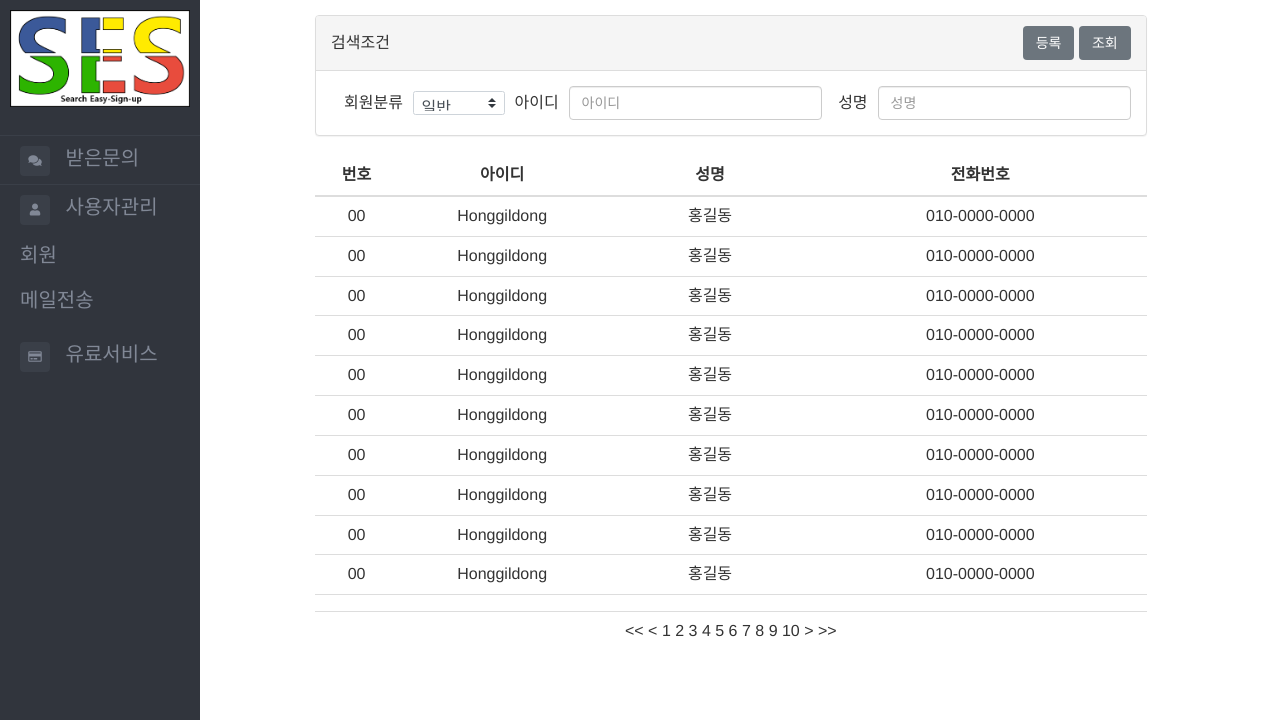
Repository: hyun5292/school
Page: http://localhost/adminSES/WEB-INF/views/member/m_search.jsp
The author's editor kept a copy of each file at every save. The page is drawn from the files as they stood at one save, then again after the next save.
The browser window is 1280 px wide. The pictures show the whole page.
Some web libraries are served in a nearby version. The page is served by Tomcat 9. Nobody is signed in. The template is opened directly, without the code that normally fills it, so the values that code supplies are empty.

Above is the page before, as saved 2020-11-09 07:08:57.

After the next save:
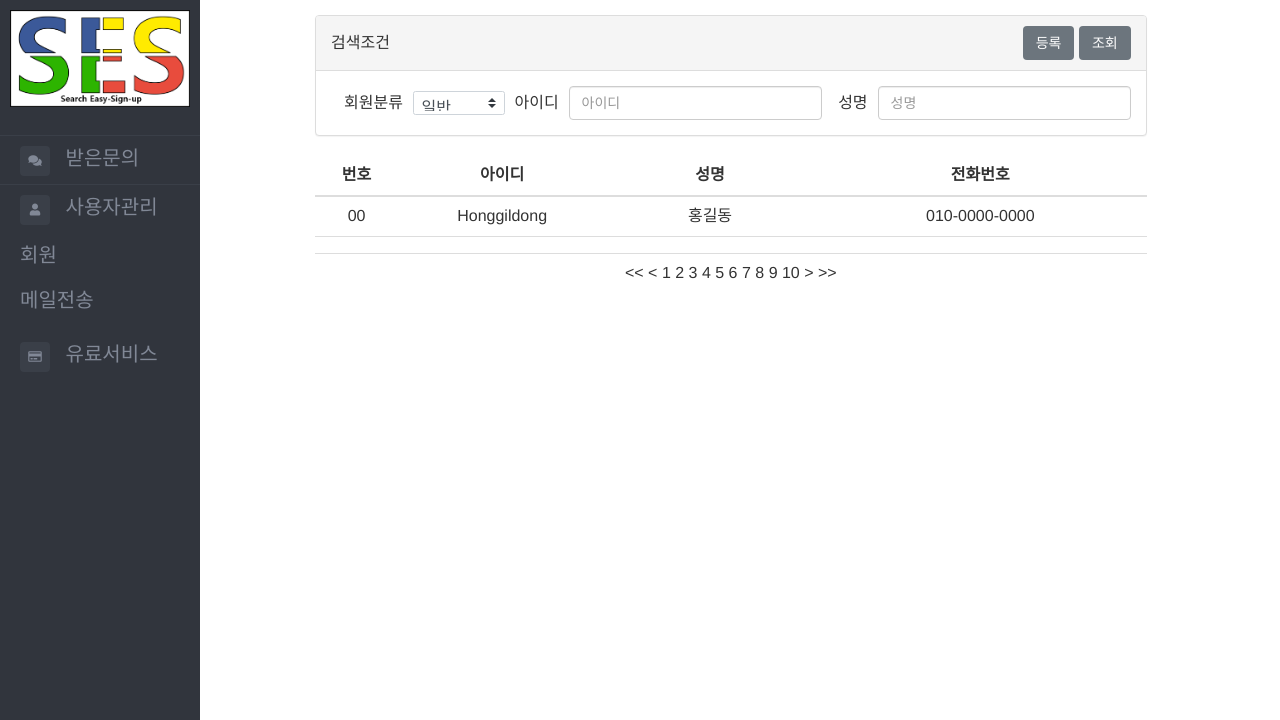
Saved 39 s later.
--- a/sesAdmin/adminSES/src/main/webapp/WEB-INF/views/member/m_search.jsp
+++ b/sesAdmin/adminSES/src/main/webapp/WEB-INF/views/member/m_search.jsp
@@ -140,60 +140,6 @@ table {
 								<td>홍길동</td>
 								<td>010-0000-0000</td>
 							</tr>
-							<tr>
-								<td>00</td>
-								<td>Honggildong</td>
-								<td>홍길동</td>
-								<td>010-0000-0000</td>
-							</tr>
-							<tr>
-								<td>00</td>
-								<td>Honggildong</td>
-								<td>홍길동</td>
-								<td>010-0000-0000</td>
-							</tr>
-							<tr>
-								<td>00</td>
-								<td>Honggildong</td>
-								<td>홍길동</td>
-								<td>010-0000-0000</td>
-							</tr>
-							<tr>
-								<td>00</td>
-								<td>Honggildong</td>
-								<td>홍길동</td>
-								<td>010-0000-0000</td>
-							</tr>
-							<tr>
-								<td>00</td>
-								<td>Honggildong</td>
-								<td>홍길동</td>
-								<td>010-0000-0000</td>
-							</tr>
-							<tr>
-								<td>00</td>
-								<td>Honggildong</td>
-								<td>홍길동</td>
-								<td>010-0000-0000</td>
-							</tr>
-							<tr>
-								<td>00</td>
-								<td>Honggildong</td>
-								<td>홍길동</td>
-								<td>010-0000-0000</td>
-							</tr>
-							<tr>
-								<td>00</td>
-								<td>Honggildong</td>
-								<td>홍길동</td>
-								<td>010-0000-0000</td>
-							</tr>
-							<tr>
-								<td>00</td>
-								<td>Honggildong</td>
-								<td>홍길동</td>
-								<td>010-0000-0000</td>
-							</tr>
 						</tbody>
 						<tfoot>
 							<tr>
